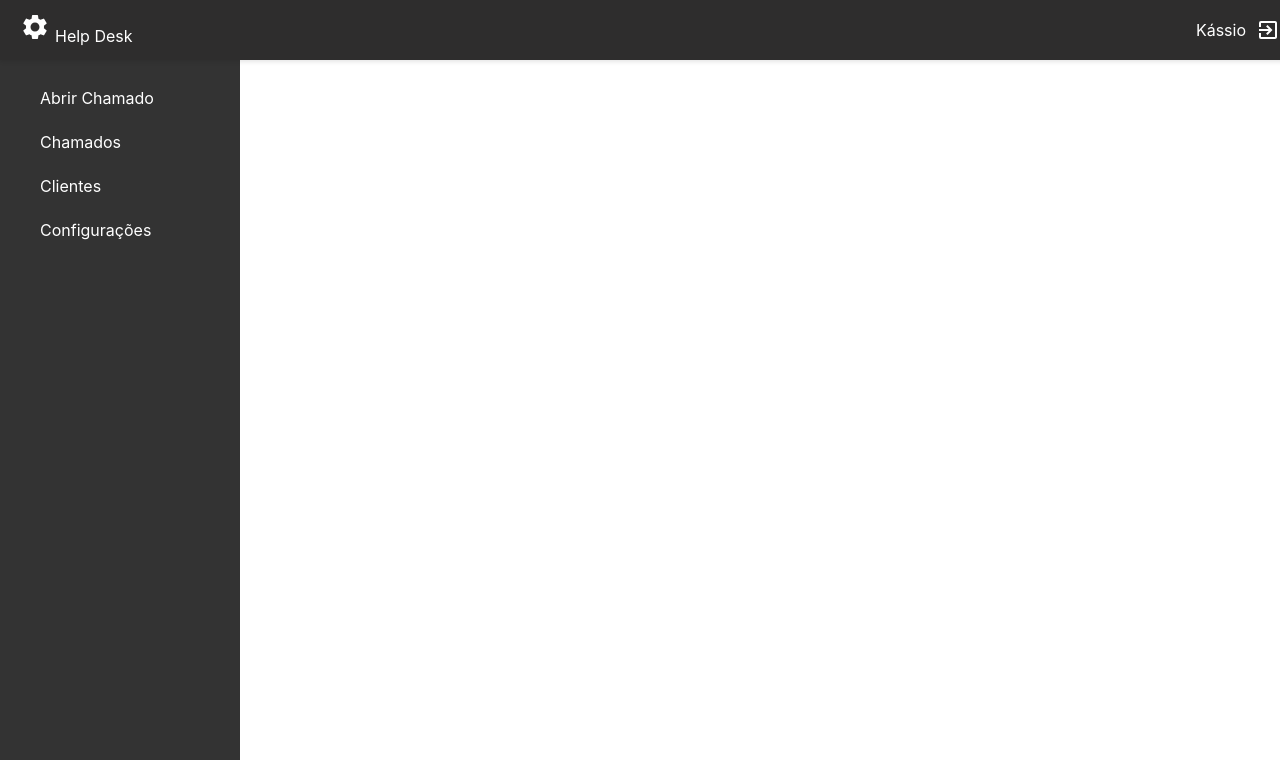
Repository: zkassimz/helpdesk
Page: /
The author's editor kept a copy of each file at every save. The page is drawn from the files as they stood at one save, then again after a run of saves.
The browser window is 1280 px wide. The pictures show the whole page.
The project was rebuilt for these pictures with package versions that can differ from the ones it lists, and the page was loaded fresh each time. Also part of the build but not shown: vite.config.js, src/components/css/Chamados.css, src/components/Chamados.jsx, src/components/Clientes.jsx, src/components/Configuracoes.jsx.

Above is the page before, as saved 2024-04-02 12:44:21.

### index.html
<!doctype html>
<html lang="en">

  <body>
    <div id="root"></div>
    <script type="module" src="/src/main.jsx"></script>
  </body>
</html>

### src/App.jsx
// src/App.js
import React, { useState } from 'react';
import AppBar from './components/AppBar'; // Importando o componente AppBar
import Sidebar from './components/Sidebar';
import Chamados from './components/Chamados';
import Clientes from './components/Clientes';
import Configuracoes from './components/Configuracoes';
import './App.css';

function App() {
  const [currentPage, setCurrentPage] = useState('Dashboard');

  const renderPage = () => {
    switch (currentPage) {
      case 'Chamados':
        return <Chamados />;
      case 'Clientes':
        return <Clientes />;
      case 'Configuracoes':
        return <Configuracoes />;
      default:
        return <div>Página não encontrada</div>;
    }
  };

  return (
    <div className="app">
      <AppBar />
      <div className="content">
        <Sidebar setCurrentPage={setCurrentPage} />
        <div className="main-content">
          {renderPage()}
        </div>
      </div>
    </div>
  );
}

export default App;

### src/components/AppBar.jsx

import React from 'react';
import { MdAdd, MdSearch, MdExitToApp, MdSettings } from 'react-icons/md';
import './css/AppBar.css';

const AppBar = () => {


  return (
    <div className="appbar">
      <div className="appbar-left">


        <div className="appbar-item" onClick={() => console.log("Consultar/Atender")}>
          <MdSettings size={30} />
          <span>Help Desk</span>
        </div>
      </div>
      <div className="appbar-right">
        <span>Kássio </span>
        <div className="logout-button" onClick={() => console.log("Logout")}>
          <MdExitToApp size={24} />
        </div>
      </div>
    </div>
  );
};

export default AppBar;

### src/components/Sidebar.jsx
import React from 'react';
import './css/SideBar.css';
import { MdAdd, MdSearch, MdExitToApp, MdSettings } from 'react-icons/md';
const Sidebar = ({ setCurrentPage }) => {
  const handleClick = (page) => {
    setCurrentPage(page);
  };

  return (
    <div className="sidebar">
      <div className="sidebar-header">

      </div>
      <ul className="menu">
        <li onClick={() => handleClick('Chamados')}><div >

          <span>Abrir Chamado</span>
        </div></li>
        <li onClick={() => handleClick('Chamados')}>Chamados</li>
        <li onClick={() => handleClick('Clientes')}>Clientes</li>
        <li onClick={() => handleClick('Configurações')}>Configurações</li>
      </ul>
    </div>
  );
};

export default Sidebar;

### src/App.css

.app {
  display: grid;
  grid-template-rows: auto 1fr;
  height: 100vh;
}
.sidebar {
  width: 200px;
  background-color: #333;
  color: #fff;
}

.main-content {
  flex: 1;
  overflow-y: auto;
}

.content {
  display: flex;
}

.sidebar-header {
  padding: 20px;
  text-align: center;
}

.menu {
  list-style-type: none;
  padding: 0;
}

.menu li {
  padding: 10px 20px;
  cursor: pointer;
}

.menu li:hover {
  background-color: #555;
}

### src/components/css/AppBar.css


.appbar {
    background-color: #2e2d2d;
    color: #fff;
    display: flex;
    justify-content: space-between;
    align-items: center;
    padding: 0 20px;
    height: 60px;
    width: 100%;
    position: fixed;
    top: 0;
    z-index: 1000;
    box-shadow: 0 2px 4px rgba(0, 0, 0, 0.1);
  }

  .appbar-left, .appbar-right {
    display: flex;
    align-items: center;
  }

  .appbar-item, .logout-button {
    cursor: pointer;
    margin-right: 20px;
    text-decoration: none;
    color: inherit;
    transition: all 0.3s ease;
  }

  .appbar-item:hover, .logout-button:hover {
    transform: translateY(-2px);
  }

  .appbar-item span {
    margin-left: 5px;
  }

  .logout-button {
    display: flex;
    align-items: center;
  }

  .logout-button span {
    margin-right: 10px;
  }
  .appbar-right {
    display: flex;
    align-items: center;
  }

  .appbar-right span {
    margin-right: 10px;
  }

  .logout-button {
    display: flex;
    align-items: center;
  }

### src/components/css/SideBar.css
.sidebar {
    width: 100px;
    background-color: #333;
    color: #fff;
    height: 100vh;
    padding: 20px;
  }

  .sidebar.open {
    width: 0;
  }

  @media (max-width: 768px) {
    .sidebar {
      width: 100%;
    }
  }


  @media (min-width: 1024px) {
    .sidebar {
      width: 300px;
    }
  }

Loaded but not shown: src/main.jsx (common file); src/index.css (common file)

After the next 3 saves:
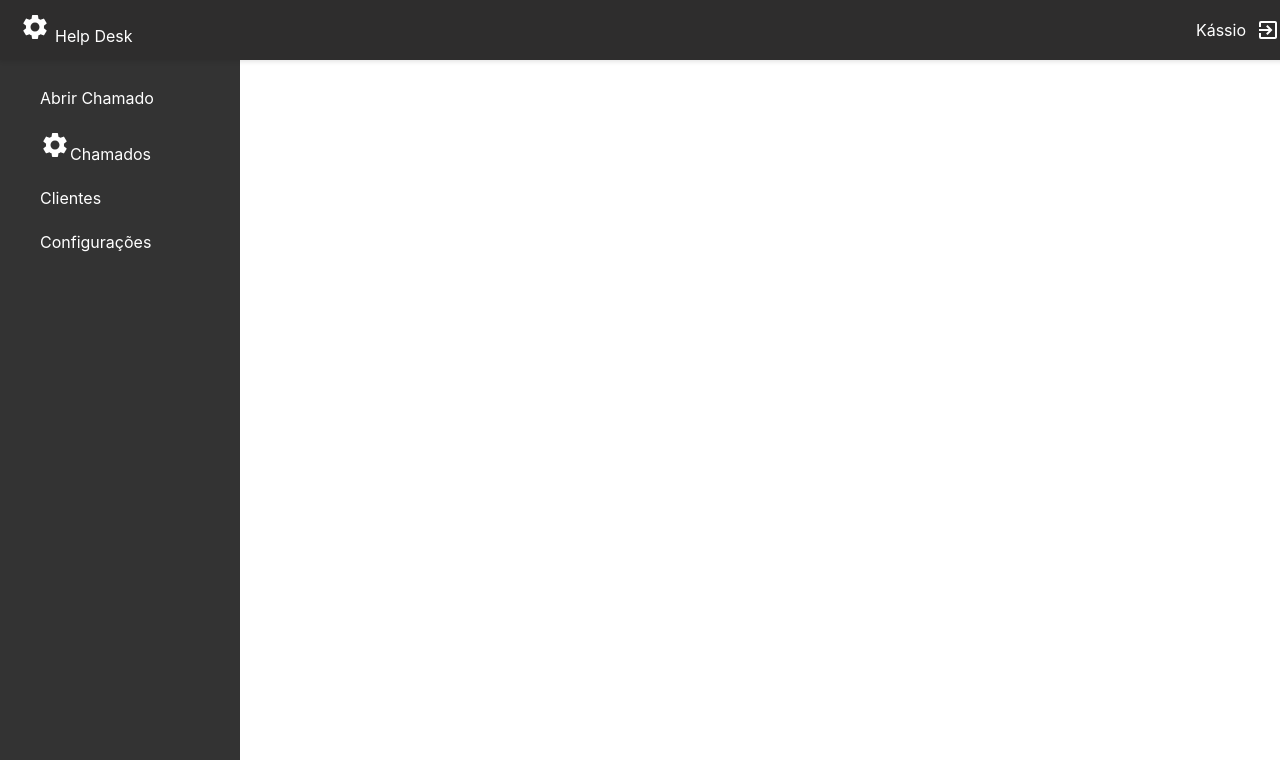
The 3 saves are shown as one change because they came seconds apart.
The last was saved 29 s later.
--- a/src/components/Sidebar.jsx
+++ b/src/components/Sidebar.jsx
@@ -16,7 +16,7 @@ const Sidebar = ({ setCurrentPage }) => {
 
           <span>Abrir Chamado</span>
         </div></li>
-        <li onClick={() => handleClick('Chamados')}>Chamados</li>
+        <li onClick={() => handleClick('Chamados')}> <MdSettings size={30} />Chamados</li>
         <li onClick={() => handleClick('Clientes')}>Clientes</li>
         <li onClick={() => handleClick('Configurações')}>Configurações</li>
       </ul>
